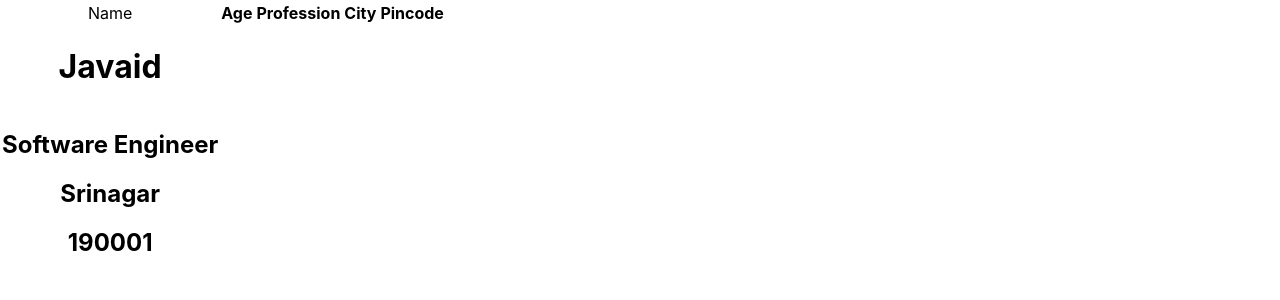
Repository: JavaidAhmadKhan/framer-motion-reacr
Page: /
These files come from the project's save history. The page is drawn as it stood at one moment and after a run of saves; the edit follows.
The browser window is 1280 px wide. The pictures show the whole page.
The project was rebuilt for these pictures with package versions that can differ from the ones it lists, and the page was loaded fresh each time.

Above is the page before, as saved 2022-05-19 17:33:11.

### src/App.js
import { Component } from "react";

import "./App.css";
class App extends Component {
  constructor() {
    console.log("constructor");
    super();
    console.log("super");
    this.state = {
      name: "Javaid",
      age: 30,
      profession: "Software Engineer",
      address: {
        city: "Srinagar",
        pincode: "190001",
      },
    };
  }

  render() {
    console.log("render");
    return (
      <div className="App">
        <table>
          <td>Name</td>
          <th>Age</th>
          <th>Profession</th>
          <th>City</th>
          <th>Pincode</th>
          <tr>
            <h1>{this.state.name}</h1>
          </tr>
          <h2>{this.state.profession}</h2>
          <h2>{this.state.address.city}</h2>
          <h2>{this.state.address.pincode}</h2>
        </table>
      </div>
    );
  }
}

export default App;

Loaded but not shown: public/index.html (common file); src/index.js (common file); src/index.css (common file); src/reportWebVitals.js (common file); src/App.css (common file)

After the next 2 saves:
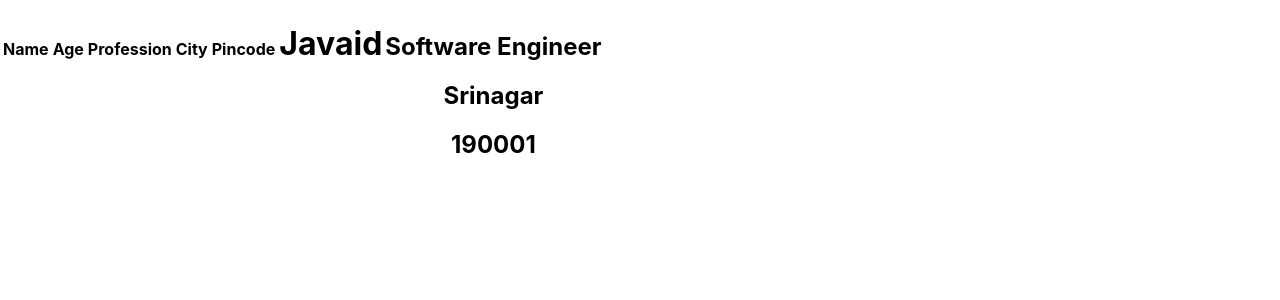
The 2 saves are shown as one change because they came seconds apart.
The last was saved 11 s later.
--- a/src/App.js
+++ b/src/App.js
@@ -22,14 +22,14 @@
     return (
       <div className="App">
         <table>
-          <td>Name</td>
+          <th>Name</th>
           <th>Age</th>
           <th>Profession</th>
           <th>City</th>
           <th>Pincode</th>
-          <tr>
+          <td>
             <h1>{this.state.name}</h1>
-          </tr>
+          </td>
           <h2>{this.state.profession}</h2>
           <h2>{this.state.address.city}</h2>
           <h2>{this.state.address.pincode}</h2>

After the save that followed:
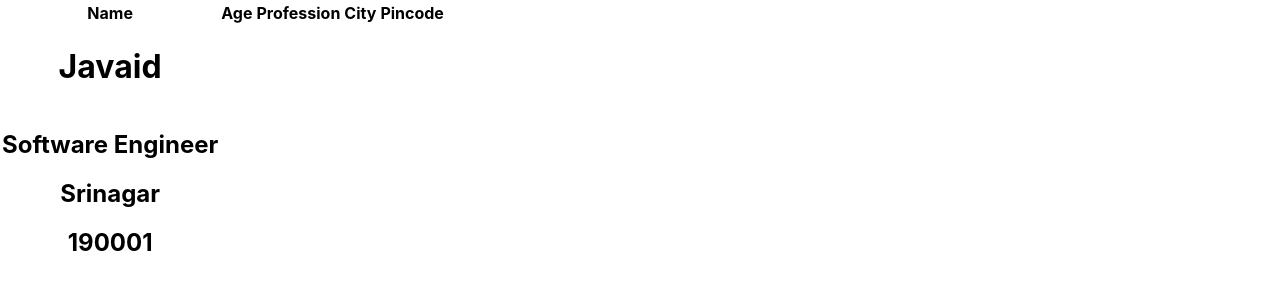
Saved 5 s later.
--- a/src/App.js
+++ b/src/App.js
@@ -27,9 +27,9 @@
           <th>Profession</th>
           <th>City</th>
           <th>Pincode</th>
-          <td>
+          <tr>
             <h1>{this.state.name}</h1>
-          </td>
+          </tr>
           <h2>{this.state.profession}</h2>
           <h2>{this.state.address.city}</h2>
           <h2>{this.state.address.pincode}</h2>
